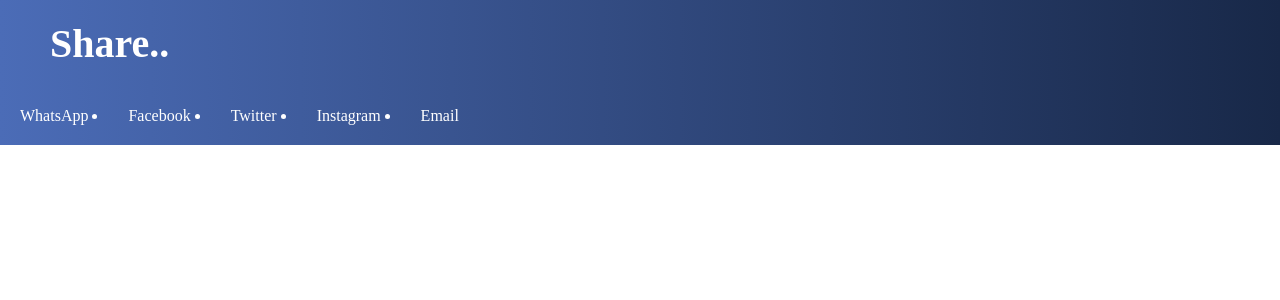
Repository: bhandarii7/TabX
Page: index.html
An editor plug-in stored every save of this project. The page is shown before and after the next save, followed by the edit.
The browser window is 1280 px wide. The pictures show the whole page.

Above is the page before, as saved 2021-10-04 21:07:58.

### index.html
<html lang="en">
<head>
    <meta charset="UTF-8">
    <meta http-equiv="X-UA-Compatible" content="IE=edge">
    <meta name="viewport" content="width=device-width, initial-scale=1.0">
    <link rel="stylesheet" href="style1.css">
    <title>Extension</title>
</head>
<body>
    <div class="box">
    <h1>Share..</h1>
    <div >
        <ul class="button">
            <li><a href="">WhatsApp</a></li>
            <li><a href="">Facebook</a></li>
            <li><a href="">Twitter</a></li>
            <li><a href="">Instagram</a></li>
            <li><a href="">Email</a></li>

        </ul>
    </div>

    </div>
</body>
</html>

### style1.css
*{
    margin: 0%;
    padding: 0%;
    color: white;
}
h1{
    font-size: 40px;
    padding-left: 50px;
    padding-right: 50px;
    padding-top: 20px;
    padding-bottom: 20px;
}
.box{
    background-image: linear-gradient(to right,#4b6cb7,#182848);
}
.button{
    display: flex;
    flex-direction: row;
}
li{
    padding: 20px;
}
a{
    text-decoration: none;
}

After the next save:
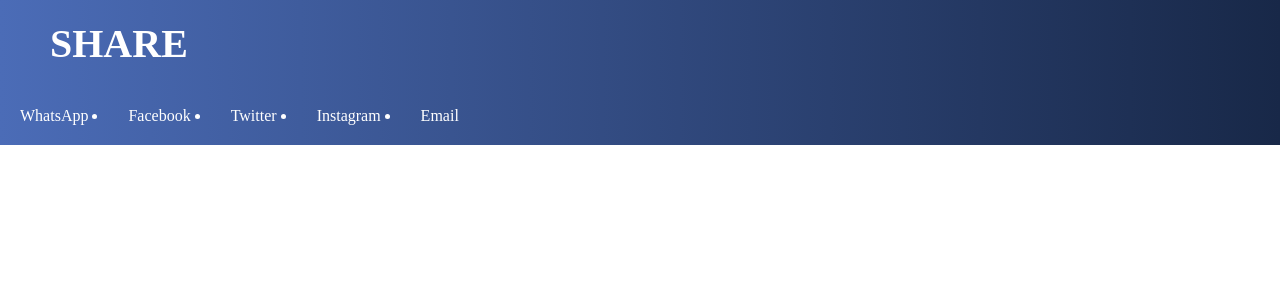
Saved 34 s later.
--- a/index.html
+++ b/index.html
@@ -8,7 +8,7 @@
 </head>
 <body>
     <div class="box">
-    <h1>Share..</h1>
+    <h1>SHARE</h1>
     <div >
         <ul class="button">
             <li><a href="">WhatsApp</a></li>
